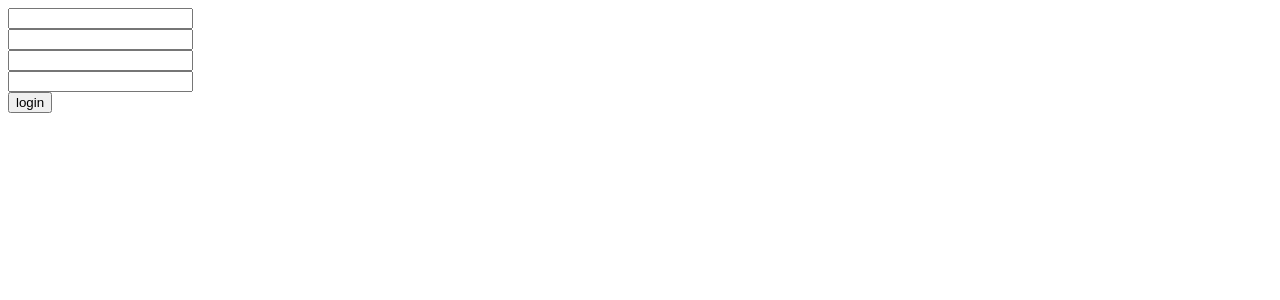
Repository: Java-professional-practices/online-university
Page: http://localhost/javaproject/pages/loginform.jsp
These files come from the project's save history. The page is drawn as it stood at one moment and after the next save; the edit follows.
The browser window is 1280 px wide. The pictures show the whole page.
The page is served by Tomcat 9.

Above is the page before, as saved 2020-11-10 03:47:45.

After the next save:
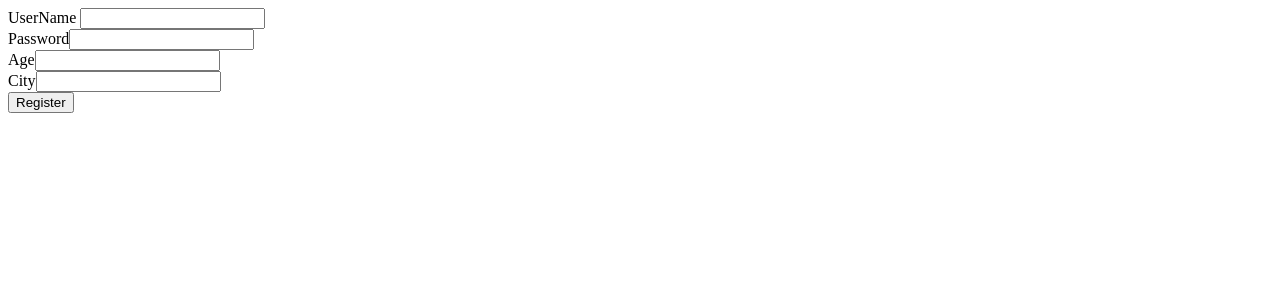
Saved 103 s later.
--- a/javaproject/src/main/webapp/pages/loginform.jsp
+++ b/javaproject/src/main/webapp/pages/loginform.jsp
@@ -8,11 +8,12 @@
 </head>
 <body>
 	<form action="getloginData">
+	UserName
 		<input type = "text" name = "username"><br/>
-		<input type = "password" name = "password"><br/>
-		<input type = "text" name = "age"><br/>
-		<input type = "city" name = "city"><br/>
-		<input type = "submit" value="login">
+		Password<input type = "password" name = "password"><br/>
+		Age<input type = "text" name = "age"><br/>
+		City<input type = "city" name = "city"><br/>
+		<input type = "submit" value="Register">
 	</form>
 </body>
 </html>
